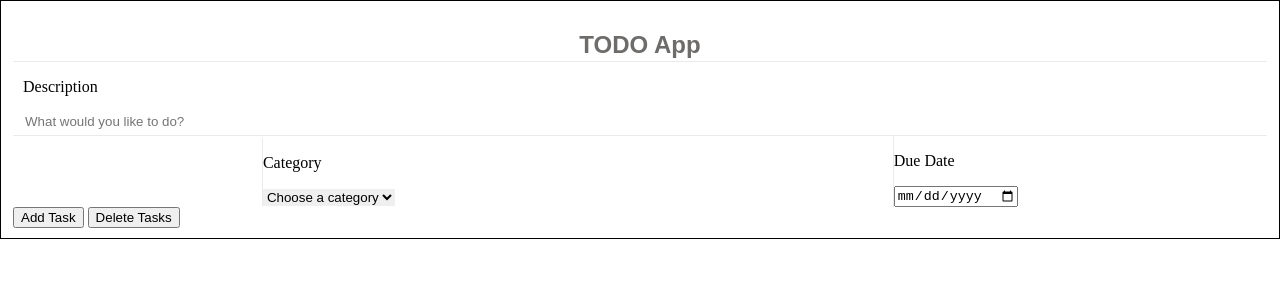
Repository: king-slayer97/TODO-App
Page: http://localhost/
The author's editor kept a copy of each file at every save. The page is drawn from the files as they stood at one save, then again after the next save.
The browser window is 1280 px wide. The pictures show the whole page.
The page is served by the project's Node server (index.js).

Above is the page before, as saved 2022-08-15 17:07:37.

After the next save:
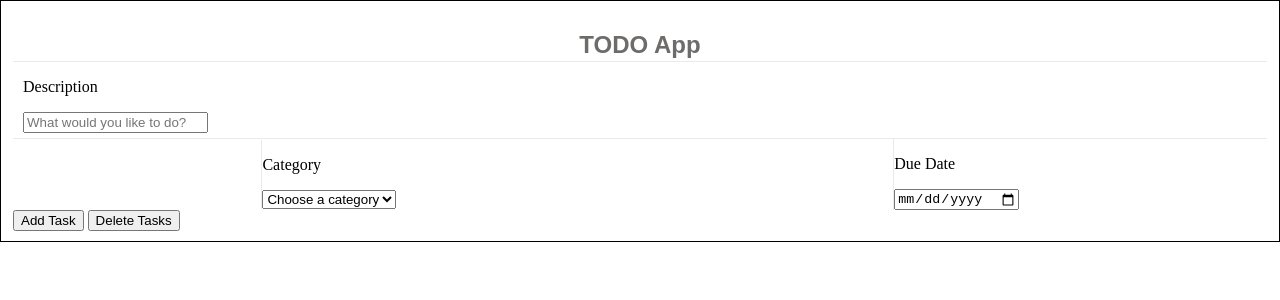
Saved 90 s later.
--- a/assets/css/home.css
+++ b/assets/css/home.css
@@ -52,7 +52,7 @@ body{
     justify-content: space-around;
 }
 
-.category select,.description input[type="text"]{
+.category select,.description input[type="text"],{
     border: none;
     outline: 0px;
 }
